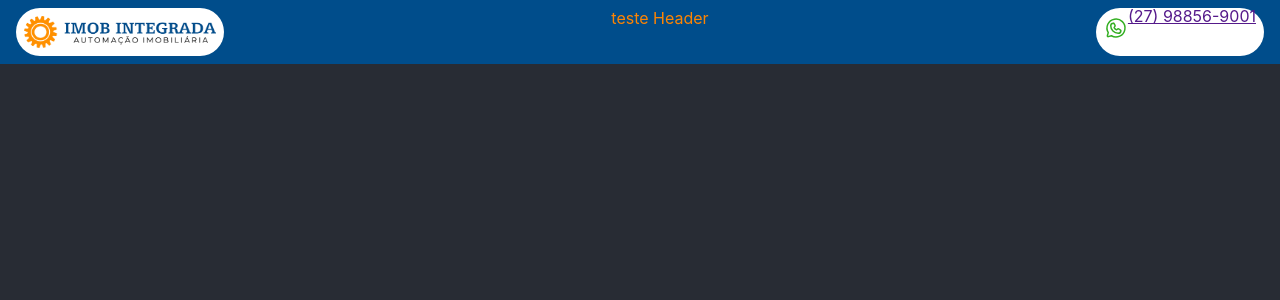
Repository: K0slov/testeAPI
Page: /
An editor plug-in stored every save of this project. The page is shown before and after the next save, followed by the edit.
The browser window is 1280 px wide. The pictures show the whole page.
The project was rebuilt for these pictures with package versions that can differ from the ones it lists, and the page was loaded fresh each time. Also part of the build but not shown: vite.config.ts.

Above is the page before, as saved 2022-06-27 15:20:36.

After the next save:
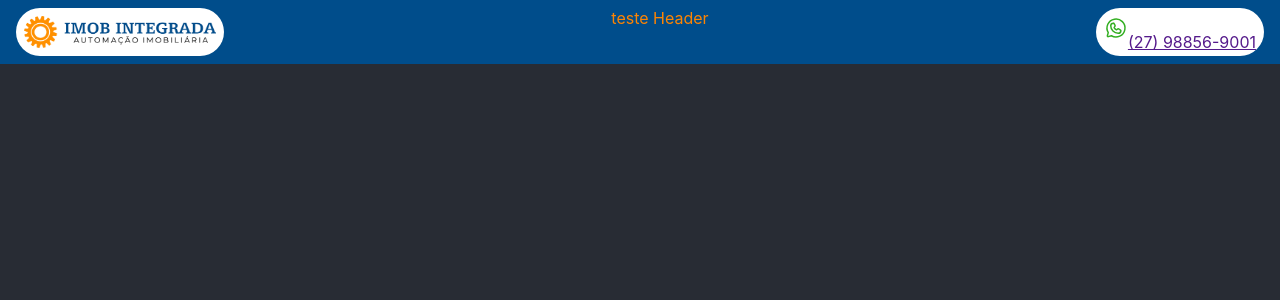
Saved 27 s later.
--- a/src/components/Header/header.tsx
+++ b/src/components/Header/header.tsx
@@ -11,7 +11,7 @@ export function Header() {
             <a href="">
                 <div className="wpp">
                     <WhatsappLogo size={24} color="#34af23" />
-                    <span>(27) 98856-9001</span>
+                    <p>(27) 98856-9001</p>
                 </div>
             </a>
         </header>

After the save that followed:
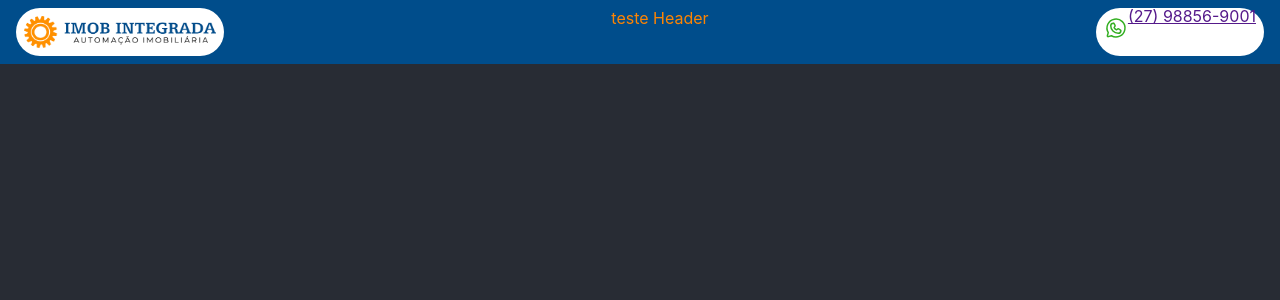
Saved 5 s later.
--- a/src/components/Header/style.modeule.css
+++ b/src/components/Header/style.modeule.css
@@ -22,7 +22,7 @@ img{
     border-radius: 4rem;
     padding: 0.5rem;
 }
-span {
+p {
     margin: 0%;
     justify-content: center;
     line-height: 0;
